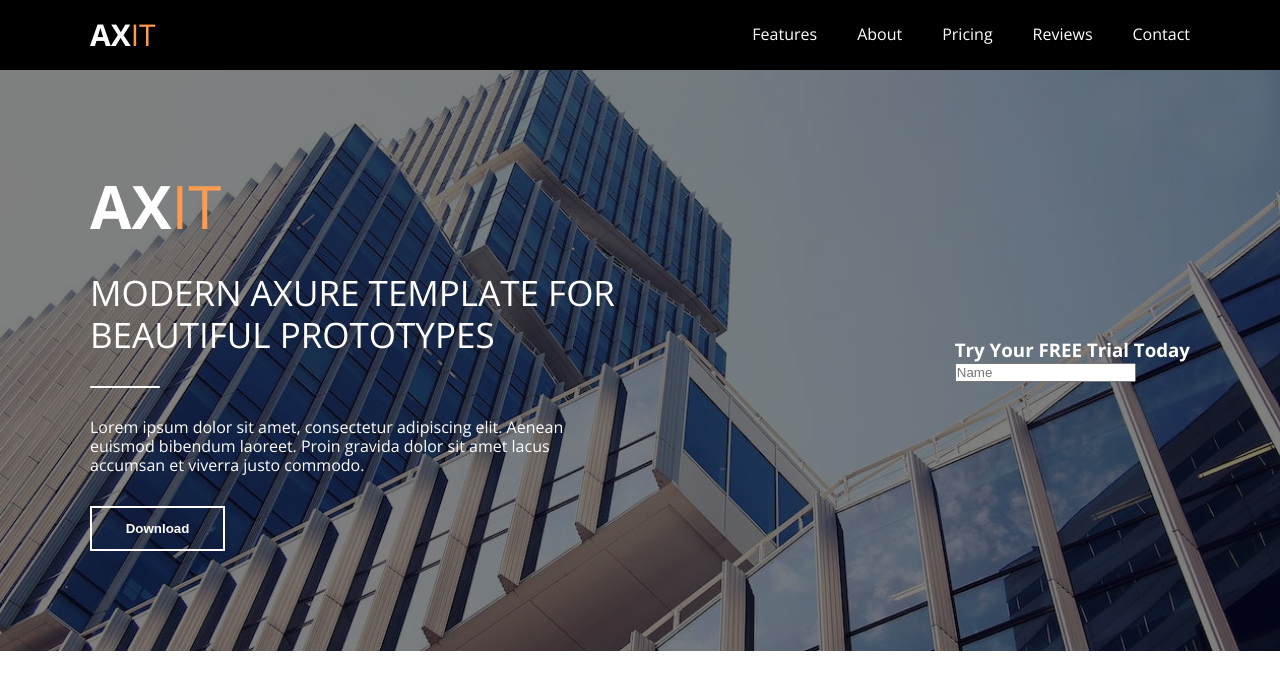
Repository: dinhtri123/axureThems
Page: index.html
An editor plug-in stored every save of this project. The page is shown before and after a run of saves, followed by the edit.
The browser window is 1280 px wide. The pictures show the whole page.

Above is the page before, as saved 2023-02-11 15:14:44.

After the next 2 saves:
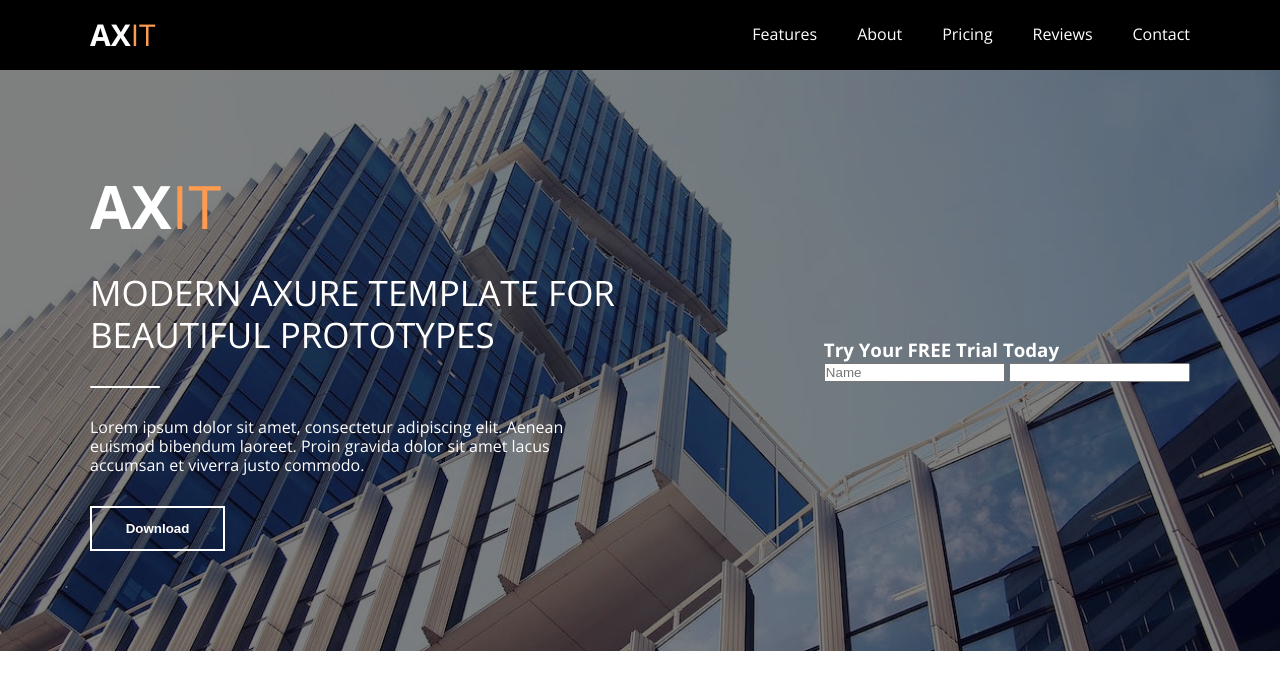
The 2 saves are shown as one change because they came seconds apart.
The last was saved 7 s later.
--- a/index.html
+++ b/index.html
@@ -57,7 +57,7 @@
                 <h3>Try Your <span>FREE</span> Trial Today</h3>
                 <div>
                     <input type="text" name="name" id="name" placeholder="Name">
-
+                    <input type="email" name="email" id="">
                 </div>
             </form>
         </div>
